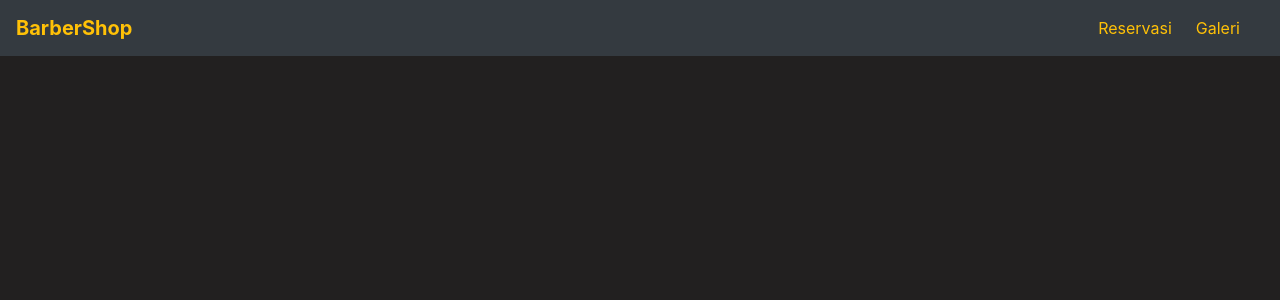
Repository: AHSANS354/Barberhop
Page: /
The author's editor kept a copy of each file at every save. The page is drawn from the files as they stood at one save, then again after the next save.
The browser window is 1280 px wide. The pictures show the whole page.
The project was rebuilt for these pictures with package versions that can differ from the ones it lists, and the page was loaded fresh each time. Also part of the build but not shown: vue.config.js.

Above is the page before, as saved 2023-05-01 20:00:17.

### public/index.html
<!DOCTYPE html>
<html lang="">
  <head>
    <meta charset="utf-8" />
    <meta http-equiv="X-UA-Compatible" content="IE=edge" />
    <meta name="viewport" content="width=device-width,initial-scale=1.0" />
    <link rel="icon" href="<%= BASE_URL %>favicon.ico" />
    <title><%= htmlWebpackPlugin.options.title %></title>
  </head>
  <body>
    <noscript>
      <strong>We're sorry but <%= htmlWebpackPlugin.options.title %> doesn't work properly without JavaScript enabled. Please enable it to continue.</strong>
    </noscript>
    <div id="app"></div>
    <!-- built files will be auto injected -->
  </body>
</html>

### src/main.js
import Vue from "vue";
import App from "./App.vue";
import router from "./router";
import { BootstrapVue, IconsPlugin } from "bootstrap-vue";
import "bootstrap/dist/css/bootstrap.css";
import "bootstrap-vue/dist/bootstrap-vue.css";
import "./assets/style/main.css";

Vue.use(BootstrapVue);
Vue.use(IconsPlugin);

Vue.config.productionTip = false;

new Vue({
  router,
  render: (h) => h(App),
}).$mount("#app");

### src/App.vue
<template>
  <div id="app">
    <navbar-view />
    <router-view />
  </div>
</template>

<script>
import NavbarView from "./components/NavbarView.vue";

export default {
  components: { NavbarView },
};
</script>

### src/assets/style/main.css
* {
  padding: 0;
  margin: 0;
}

body {
  background-color: rgb(34, 32, 32);
  color: whitesmoke;
}

### src/components/NavbarView.vue
<template>
  <div class="navbars fixed-top">
    <b-navbar type="dark" variant="dark">
      <router-link class="navbar-brand text-warning" to="/">
        <strong> BarberShop</strong>
      </router-link>

      <b-navbar-toggle target="nav-collapse"></b-navbar-toggle>

      <b-collapse id="nav-collapse" is-nav>
        <!-- Right aligned nav items -->
        <b-navbar-nav class="ml-auto">
          <router-link class="nav-item text-warning mr-4" to="/reservasi">
            Reservasi
          </router-link>
          <router-link class="nav-item text-warning mr-4" to="/">
            Galeri
          </router-link>
        </b-navbar-nav>
      </b-collapse>
    </b-navbar>
  </div>
</template>

<script>
export default {
  name: "NavbarView",
};
</script>

### src/views/HomeView.vue
<template>
  <div class="home mt-5 pt-2">
    <div class="row">
      <div class="col"></div>
    </div>
  </div>
</template>

<script>
// @ is an alias to /src

export default {
  name: "HomeView",
  components: {},
};
</script>

Loaded but not shown: src/router/index.js (common file)

After the next save:
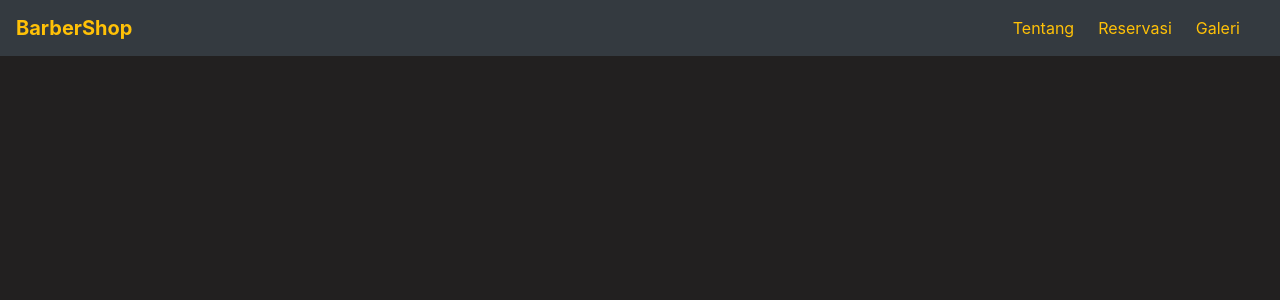
Saved 37 s later.
--- a/src/components/NavbarView.vue
+++ b/src/components/NavbarView.vue
@@ -10,6 +10,9 @@
       <b-collapse id="nav-collapse" is-nav>
         <!-- Right aligned nav items -->
         <b-navbar-nav class="ml-auto">
+          <router-link class="nav-item text-warning mr-4" to="/tentang">
+            Tentang
+          </router-link>
           <router-link class="nav-item text-warning mr-4" to="/reservasi">
             Reservasi
           </router-link>
